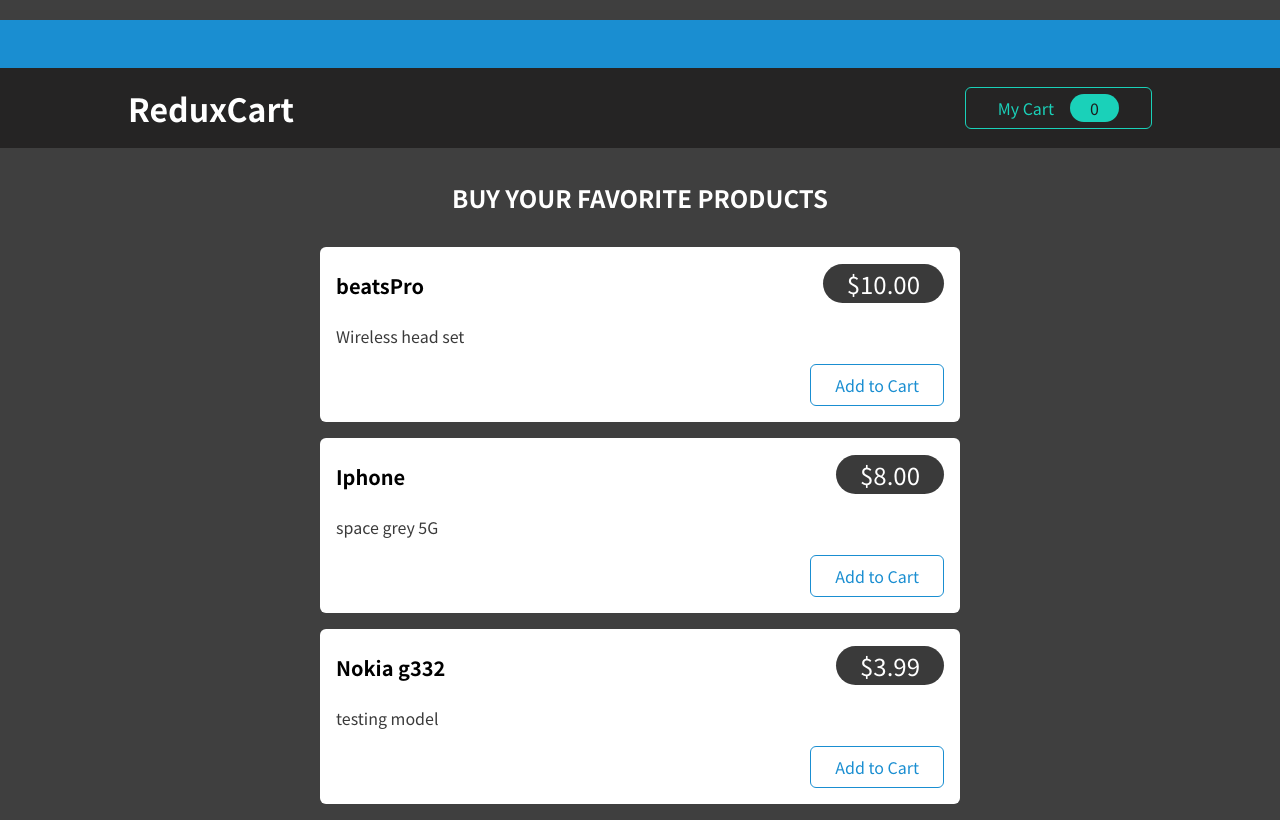
Repository: NamalPathirana/Redux-two-async
Page: /
These files come from the project's save history. The page is drawn as it stood at one moment and after the next save; the edit follows.
The browser window is 1280 px wide. The pictures show the whole page.
The page's requests for data from a server got no answer. The project was rebuilt for these pictures with package versions that can differ from the ones it lists, and the page was loaded fresh each time. No one was signed in, and anything a server would have sent is missing. Also part of the build but not shown: src/components/Cart/Cart.module.css, src/components/Cart/CartItem.module.css, src/components/Cart/CartItem.js, src/components/Cart/Cart.js.

Above is the page before, as saved 2022-04-14 23:42:22.

### src/index.js
import ReactDOM from 'react-dom/client';

import './index.css';
import App from './App';
import { Provider } from 'react-redux';
import store from './store/store';



const root = ReactDOM.createRoot(document.getElementById('root'));
root.render(<Provider store={store}><App /></Provider>);

### src/App.js
import Cart from "./components/Cart/Cart";
import Layout from "./components/Layout/Layout";
import Products from "./components/Shop/Products";
import { useSelector } from "react-redux";
import { Fragment, useEffect } from "react";
import Notification from "./components/UI/Notification";

function App() {
  const cart = useSelector((state) => {
    return state.cart;
  });

  const isVisible = useSelector((state) => state.ui.cartIsVisible);

  useEffect(() => {
    fetch(
      "https://react-http-demo-87b25-default-rtdb.firebaseio.com/cart.json",
      {
        method: "PUT",
        body: JSON.stringify(cart),
      }
    );
  }, [cart]);

  return (
    <Fragment>
      <Notification></Notification>
      <Layout>
        {isVisible && <Cart />}
        <Products />
      </Layout>
    </Fragment>
  );
}

export default App;

### src/store/store.js
import { configureStore } from "@reduxjs/toolkit";
import cartSlice from "./cart";
import UISlice from "./ui-slice";

const store = configureStore({
  reducer: {
    cart: cartSlice,
    ui: UISlice,
  },
});

export default store;

### src/components/Shop/Products.js
import ProductItem from "./ProductItem";
import classes from "./Products.module.css";
import { cartActions } from "../../store/cart";
import { useDispatch, useSelector } from "react-redux";

const Products = (props) => {
  const dispatch = useDispatch();

  const cartItems = useSelector((state) => state.cart.items);

  const productList = [
    {
      id: 1,
      name: "beatsPro",
      description: "Wireless head set",
      price: 10,
    },
    {
      id: 2,
      name: "Iphone",
      description: "space grey 5G",
      price: 8,
    },
    {
      id: 3,
      name: "Nokia g332",
      description: "testing model",
      price: 3.99,
    },
  ];

  const onClickHandler = (id) => {

    const clickedItem = productList.filter((item)=>{ return item.id===id});

    dispatch(
      cartActions.addItemToCart({
        item: {
          id: id,
          name:clickedItem[0].name,
          description: clickedItem[0].description,
          quantity: 1,
          price: clickedItem[0].price,
        },
      })
    );
  }

  return (
    <section className={classes.products}>
      <h2>Buy your favorite products</h2>
      <ul>
        {productList.map((item) => {
          return (
            <ProductItem
              title={item.name}
              price={item.price}
              description={item.description}
              id={item.id}
              onClick={onClickHandler}
            />
          );
        })}
      </ul>
    </section>
  );
};

export default Products;

### src/components/UI/Notification.js
import classes from "./Notification.module.css"

const Notification = (props) => {
  let specialClasses = '';

  if(props.status === 'error'){
      specialClasses = classes.error;
  }

  if(props.status === 'success'){
      specialClasses = classes.success;
  }

  const cssClasses = `${classes.notification} ${specialClasses}`;

  return (
    <section className={cssClasses}>
      <h2>{props.title}</h2>
      <p>{props.message}</p>
    </section>
  );
};

export default Notification;

### src/store/cart.js
import { createSlice } from "@reduxjs/toolkit";

// itemsTemplate = {items: [
//     {
//       id: 0,
//       name: "",
//       description: "",
//       quantity: 0,
//       price: 0,
//       totalPrice: 0,
//     },
//   ],}

const initialCartState = {
  items: [],
  totalAmount: 0.0,
  totalItems: 0,
};

const cartSlice = createSlice({
  name: "cart",
  initialState: initialCartState,
  reducers: {
    addItemToCart(state, actions) {
      if (actions.payload.item === null) return;

      const userEnteredItem = actions.payload.item;

      const existingItem = state.items.find(
        (item) => item.id === userEnteredItem.id
      );

      if (existingItem) {
        existingItem.quantity++;
        existingItem.totalPrice = existingItem.quantity * existingItem.price;
      } else {
        state.items.push({
          id: userEnteredItem.id,
          name: userEnteredItem.name,
          description: userEnteredItem.description,
          quantity: userEnteredItem.quantity,
          price: userEnteredItem.price,
          totalPrice: userEnteredItem.price * userEnteredItem.quantity,
        });
      }

      state.totalItems = state.items.reduce((previousValue, currentItem) => {
        return previousValue + currentItem.quantity;
      }, 0);

      state.totalAmount = state.items.reduce((previousValue, currentItem) => {
        return previousValue + currentItem.totalPrice;
      }, 0);
    },
    increaseQuantity(state, actions) {
      const existingItem = state.items.find(
        (item) => item.id === actions.payload.id
      );
      existingItem.quantity++;
      existingItem.totalPrice = existingItem.price * existingItem.quantity;

      state.totalItems = state.items.reduce((previousValue, currentItem) => {
        return previousValue + currentItem.quantity;
      }, 0);
      state.totalAmount = state.items.reduce((previousValue, currentItem) => {
        return previousValue + currentItem.totalPrice;
      }, 0);
    },
    decreaseQuantity(state, actions) {
      const existingItem = state.items.find(
        (item) => item.id === actions.payload.id
      );

      existingItem.quantity--;
      existingItem.totalPrice = existingItem.price * existingItem.quantity;
      state.totalItems = state.items.reduce((previousValue, currentItem) => {
        return previousValue + currentItem.quantity;
      }, 0);
      state.totalAmount = state.items.reduce((previousValue, currentItem) => {
        return previousValue + currentItem.totalPrice;
      }, 0);

      if (existingItem.quantity === 0)
        state.items = state.items.filter((item) => item.id !== existingItem.id);
    },
  },
});

export const cartActions = cartSlice.actions;

export default cartSlice.reducer;

### src/store/ui-slice.js
import { createSlice } from "@reduxjs/toolkit";

const initialUIState = {
    cartIsVisible:false
}

const UISlice = createSlice({
    name:'ui',
    initialState:{initialUIState},
    reducers:{
        toggle(state){
            state.cartIsVisible = !state.cartIsVisible;
        }
    }
});

export const UIActions = UISlice.actions;

export default UISlice.reducer;

### src/components/Shop/ProductItem.js
import Card from "../UI/Card";
import classes from "./ProductItem.module.css";

const ProductItem = (props) => {
  const { title, price, description, id } = props;

  return (
    <li className={classes.item}>
      <Card>
        <header>
          <h3>{title}</h3>
          <div className={classes.price}>${price.toFixed(2)}</div>
        </header>
        <p>{description}</p>
        <div className={classes.actions}>
          <button onClick={props.onClick.bind(null,id)}>Add to Cart</button>
        </div>
      </Card>
    </li>
  );
};

export default ProductItem;

### src/components/UI/Notification.module.css
.notification{
    background-color: #1a8ed1;
    width: 100%;
    height: 3rem;
}

### src/components/Cart/CartButton.js
import classes from "./CartButton.module.css";
import { useSelector, useDispatch } from "react-redux";
import { UIActions } from "../../store/ui-slice";

const CartButton = () => {
  const dispatch = useDispatch();

  const cartItemCount = useSelector((state) => {
    return state.cart.totalItems;
  });

  const cartToggleHandler = () => {
    dispatch(UIActions.toggle());
  };

  return (
    <button className={classes.button} onClick={cartToggleHandler}>
      <span>My Cart</span>
      <span className={classes.badge}>{cartItemCount}</span>
    </button>
  );
};

export default CartButton;

Loaded but not shown: public/index.html (common file); src/index.css (common file); src/components/Layout/Layout.js (common file); src/components/UI/Card.js (common file); src/components/Layout/MainHeader.js (common file); src/components/Shop/Products.module.css (common file); src/components/UI/Card.module.css (common file); src/components/Layout/MainHeader.module.css (common file); src/components/Shop/ProductItem.module.css (common file); src/components/Cart/CartButton.module.css (common file)

After the next save:
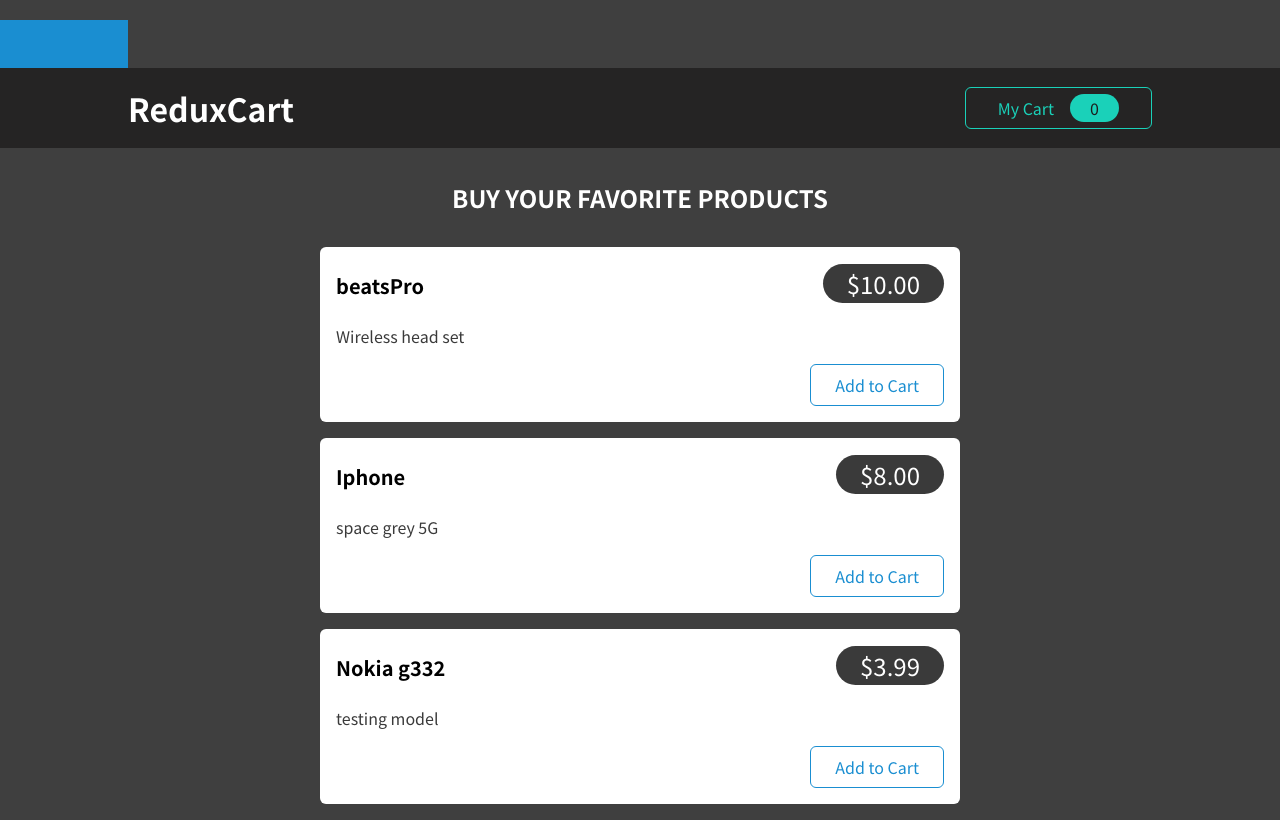
Saved 27 s later.
--- a/src/components/UI/Notification.module.css
+++ b/src/components/UI/Notification.module.css
@@ -1,5 +1,5 @@
 .notification{
     background-color: #1a8ed1;
-    width: 100%;
+    width: 10%;
     height: 3rem;
 }

After the save that followed:
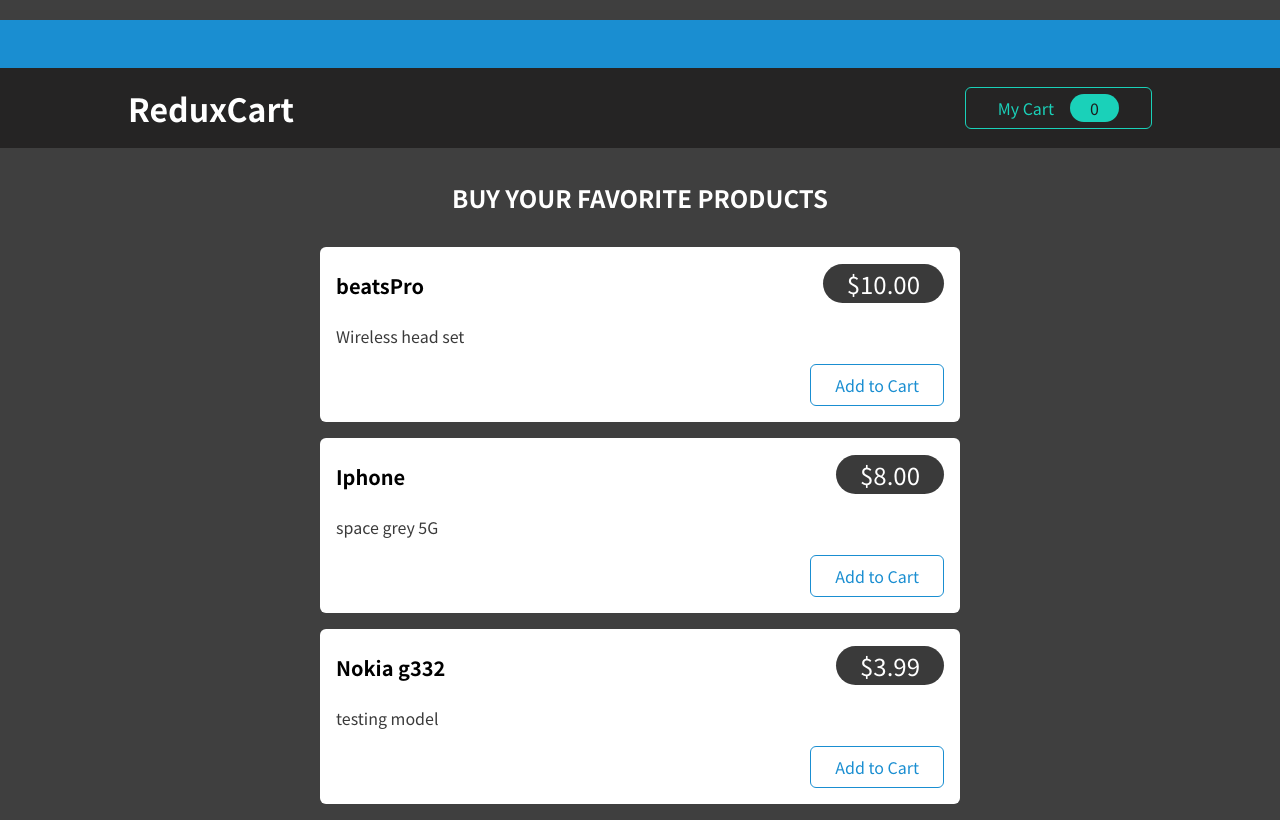
Saved 4 s later.
--- a/src/components/UI/Notification.module.css
+++ b/src/components/UI/Notification.module.css
@@ -1,5 +1,5 @@
 .notification{
     background-color: #1a8ed1;
-    width: 10%;
+    width: 100%;
     height: 3rem;
 }
